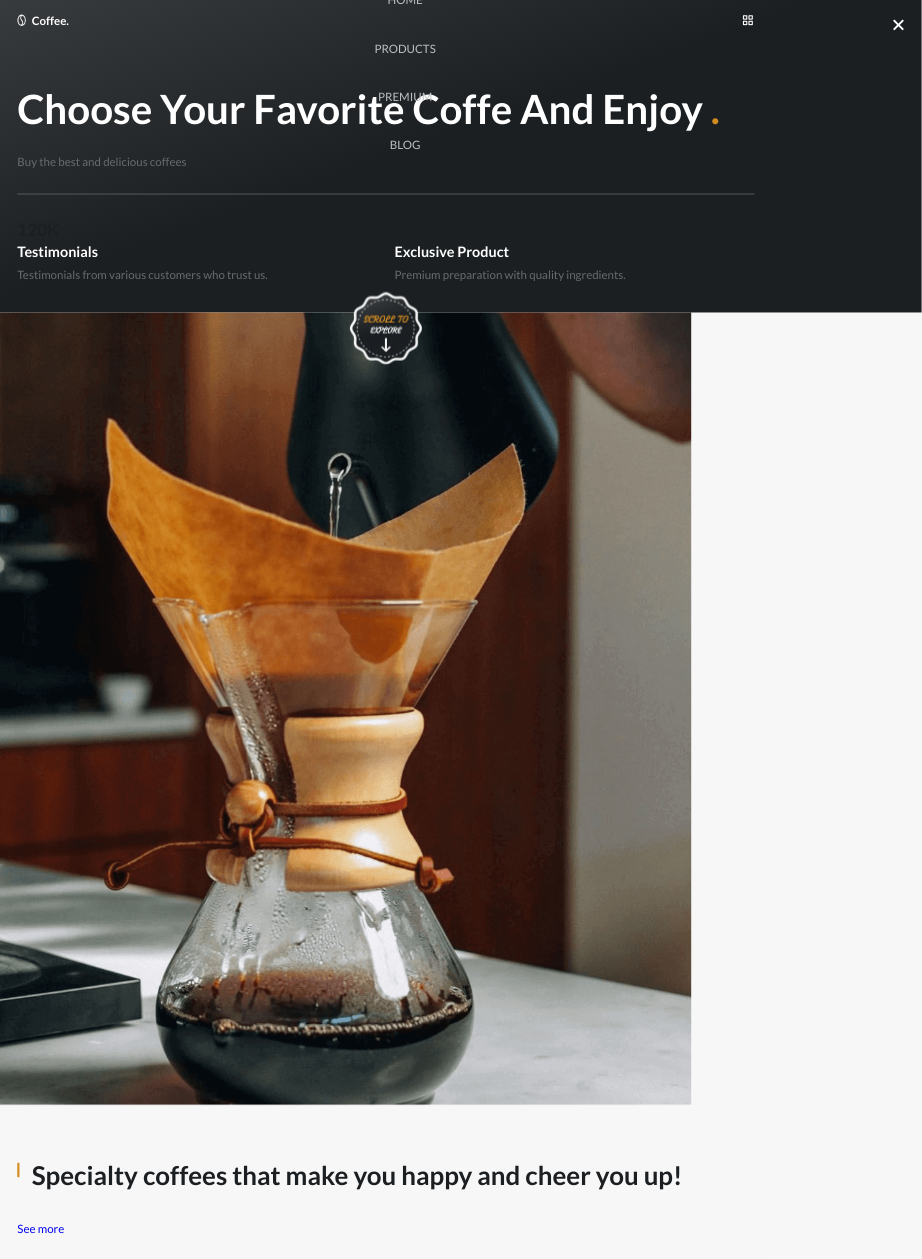
Repository: phong121020/coffee-responsive
Page: index.html
An editor plug-in stored every save of this project. The page is shown before and after the next save, followed by the edit.
The browser window is 1280 px wide. The pictures show the whole page, at 72% of full size.

Above is the page before, as saved 2022-03-06 18:47:44.

### index.html
<!DOCTYPE html>
<html lang="en">
  <head>
    <meta charset="UTF-8" />
    <meta http-equiv="X-UA-Compatible" content="IE=edge" />
    <meta name="viewport" content="width=device-width, initial-scale=1.0" />
    <!-- link -->
    <link rel="stylesheet" href="./assets/css/style.css" />
    <!-- favicon -->
    <link
      rel="shortcut icon"
      href="./assets/img/favicon.png"
      type="image/x-icon"
    />
    <title>Document</title>
    <!-- boxicon -->
    <link
      href="https://unpkg.com/boxicons@2.1.1/css/boxicons.min.css"
      rel="stylesheet"
    />
  </head>
  <body>
    <!-- HEADER -->
    <header class="header" id="header">
      <nav class="nav container">
        <a href="#" class="nav__logo">
          <img src="./assets/img/logo.png" alt="" class="nav__logo-img" />
          Coffee.
        </a>
        <div class="nav__menu" id="nav-menu">
          <ul class="nav__list">
            <li class="nav__item">
              <a href="#home" class="nav__link">Home</a>
            </li>
            <li class="nav__item">
              <a href="#products" class="nav__link">Products</a>
            </li>
            <li class="nav__item">
              <a href="#premium" class="nav__link">Premium</a>
            </li>
            <li class="nav__item">
              <a href="#blog" class="nav__link">Blog</a>
            </li>
          </ul>
          <div class="nav__close" id="nav-close">
            <i class="bx bx-x"></i>
          </div>
        </div>
        <!-- Toggle button -->
        <div class="nav__toggle" id="nav-toggle">
          <i class="bx bx-grid-alt"></i>
        </div>
      </nav>
    </header>
    <!-- MAIN -->
    <main>
      <!-- HOME -->
      <section class="home grid" id="home">
        <div class="home__container">
          <div class="home__content container">
            <h1 class="home__title">
              Choose Your Favorite Coffe And Enjoy <span>.</span>
            </h1>
            <p class="home__desc">Buy the best and delicious coffees</p>
            <div class="home__data">
              <div class="home__data-group">
                <h2 class="home__data-number">120K</h2>
                <h3 class="home__data-title">Testimonials</h3>
                <p class="home__data-desc">
                  Testimonials from various customers who trust us.
                </p>
              </div>
              <div class="home__data-group">
                <h2 class="home__data-number">340+</h2>
                <h3 class="home__data-title">Exclusive Product</h3>
                <p class="home__data-desc">
                  Premium preparation with quality ingredients.
                </p>
              </div>
            </div>
            <a href="#specialty">
              <img src="./assets/img/scroll.png" alt="" class="home__scroll" />
            </a>
          </div>
        </div>
        <img src="./assets/img/home.png" alt="" class="home__img" />
      </section>
      <!-- ESPECIALTY-->
      <div class="specialty section container">
        <div class="specialty__container">
          <h2 class="section__title">
            Specialty coffees that make you happy and cheer you up!
          </h2>
          <div>
            <a href="#" class="button specialty__button">See more</a>
          </div>
        </div>
      </div>
    </main>
    <!-- JS -->
    <script src="./assets/js/app.js"></script>
  </body>
</html>

### assets/css/style.css
/*=============== GOOGLE FONTS ===============*/
@import url("https://fonts.googleapis.com/css2?family=Lato:wght@400;700&display=swap");

/*=============== VARIABLES CSS ===============*/
:root {
  --header-height: 3.5rem;

  /*========== Colors ==========*/
  --first-color: hsl(36, 72%, 48%);
  --first-color-alt: hsl(36, 72%, 44%);
  --black-color: hsl(206, 12%, 12%);
  --card-color: hsl(0, 0%, 90%);
  --title-color: hsl(206, 12%, 12%);
  --text-color: hsl(206, 4%, 42%);
  --text-color-light: hsl(206, 4%, 75%);
  --body-color: hsl(206, 4%, 97%);
  --container-color: #fff;

  /*========== Font and typography ==========*/
  --body-font: "Lato", sans-serif;
  --biggest-font-size: 2.25rem;
  --h1-font-size: 1.5rem;
  --h2-font-size: 1.25rem;
  --h3-font-size: 1rem;
  --normal-font-size: 0.938rem;
  --small-font-size: 0.813rem;
  --smaller-font-size: 0.75rem;

  /*========== Font weight ==========*/
  --font-bold: 700;

  /*========== z index ==========*/
  --z-tooltip: 10;
  --z-fixed: 100;
}

@media screen and (min-width: 968px) {
  :root {
    --biggest-font-size: 3.5rem;
    --h1-font-size: 2.25rem;
    --h2-font-size: 1.5rem;
    --h3-font-size: 1.25rem;
    --normal-font-size: 1rem;
    --small-font-size: 0.875rem;
    --smaller-font-size: 0.813rem;
  }
}

/*=============== BASE ===============*/
* {
  box-sizing: border-box;
  padding: 0;
  margin: 0;
}

html {
  scroll-behavior: smooth;
}

body {
  font-family: var(--body-font);
  font-size: var(--normal-font-size);
  background-color: var(--body-color);
  color: var(--text-color);
}

h1,
h2,
h3 {
  color: var(--title-color);
  font-weight: var(--font-bold);
}

h1,
h2,
h3,
p {
  line-height: 140%;
}

ul {
  list-style: none;
}

a {
  text-decoration: none;
}

img {
  max-width: 100%;
  height: auto;
}

button {
  border: none;
  outline: none;
  cursor: pointer;
}

/*=============== REUSABLE CSS CLASSES ===============*/
.container {
  max-width: 1024px;
  margin-left: 1.5rem;
  margin-right: 1.5rem;
}

.grid {
  display: grid;
  gap: 1.5rem;
}

.section {
  padding: 4.5rem 0 2rem;
}

.section__title {
  position: relative;
  font-size: var(--h1-font-size);
  padding-left: 1.25rem;
  margin-bottom: 2.5rem;
}

.section__title::before {
  content: "";
  position: absolute;
  top: 8px;
  left: 0;
  width: 3px;
  height: 20px;
  background-color: var(--first-color);
}

/* HEADER & NAV */
.header {
  width: 100%;
  background-color: transparent;
  position: fixed;
  top: 0;
  left: 0;
  right: 0;
  z-index: var(--z-fixed);
}
.nav {
  height: var(--header-height);
  display: flex;
  justify-content: space-between;
  align-items: center;
}
.nav__logo,
.nav__toggle {
  color: #fff;
}
.nav__logo {
  display: flex;
  align-items: center;
  justify-content: center;
  column-gap: 0.5rem;
  font-weight: var(--font-bold);
}
.nav__logo-img {
  width: 0.75rem;
}
.nav__toggle {
  display: inline-flex;
  font-size: 1.15rem;
  cursor: pointer;
}

@media screen and (max-width: 767px) {
  .nav__menu {
    position: fixed;
    top: 0;
    right: -100%;
    background-color: var(--black-color);
    width: 100%;
    height: 100%;
    transition: 0.3s;
  }
  .nav__menu.is-show {
    right: 0;
  }
}
.nav__list {
  display: flex;
  flex-direction: column;
  text-align: center;
  row-gap: 3rem;
  padding-top: 9rem;
}
.nav__link {
  text-transform: uppercase;
  color: var(--text-color-light);
  transition: 0.3s;
}
.nav__link:hover {
  color: #fff;
}
.nav__close {
  font-size: 2rem;
  position: absolute;
  top: 1rem;
  right: 1rem;
  color: #fff;
  cursor: pointer;
}
/* HOME */
.home {
  gap: 0;
}
.home__container {
  padding: 7rem 0 2.5rem;
  background: linear-gradient(
    160deg,
    hsla(206, 4%, 24%, 1) -4%,
    hsla(206, 12%, 12%, 1) 46%
  );
}
.home__content {
  position: relative;
}
.home__title,
.home__data-title {
  color: #fff;
}
.home__title {
  font-size: var(--biggest-font-size);
  margin-bottom: 1.5rem;
}
.home__title span {
  color: var(--first-color);
}
.home__desc {
  margin-bottom: 2rem;
}
.home__data {
  border-top: 1px solid var(--text-color);
  padding-top: 2rem;
  display: grid;
  grid-template-columns: repeat(2, 1fr);
  column-gap: 1.5rem;
}
.home__data-title {
  font-size: var(--h3-font-size);
  margin-bottom: 0.5rem;
}
.home__scroll {
  position: absolute;
  width: 100px;
  bottom: -7rem;
  left: 0;
  right: 0;
  margin: 0 auto;
  animation: scroll 3s infinite;
}
/* SCROLL IMAGE ANIMATE */
@keyframes scroll {
  0% {
    transform: translateY(0);
  }
  50% {
    transform: translateY(-0.5rem);
  }
  100% {
    transform: translateY(0);
  }
}
/* CHANGE BACKGROUND HEADER */
.scroll-header {
  background-color: var(--body-color);
  box-shadow: 0 1px 4px hsla(0, 4%, 15%, 0.1);
}
.scroll-header .nav__logo,
.scroll-header .nav__toggle {
  color: var(--title-color);
}
.scroll-header .nav__logo-img {
  mix-blend-mode: difference;
}

### assets/js/app.js
// SHOW MENU
const navToggle = document.querySelector(".nav__toggle");
const navMenu = document.querySelector(".nav__menu");
const navClose = document.querySelector(".nav__close");
const navItem = document.querySelectorAll(".nav__item");
// MENU SHOW
if (navToggle) {
  navToggle.addEventListener("click", function () {
    navMenu.classList.add("is-show");
  });
}
//  MENU HIDDEN
if (navClose) {
  navClose.addEventListener("click", function () {
    navMenu.classList.remove("is-show");
  });
}
// REMOVE MENU MOBILE
[...navItem].forEach((item) =>
  item.addEventListener("click", function () {
    navMenu.classList.remove("is-show");
  })
);
//CHANGE BACKGROUND HEADER
function scrollHeader() {
  const header = document.getElementById("header");
  // When the scroll is greater than 50 viewport height, add the scroll-header class to the header tag
  if (this.scrollY >= 50) {
    header.classList.add("scroll-header");
    // console.log(this);
  } else header.classList.remove("scroll-header");
}
window.addEventListener("scroll", scrollHeader);

After the next save:
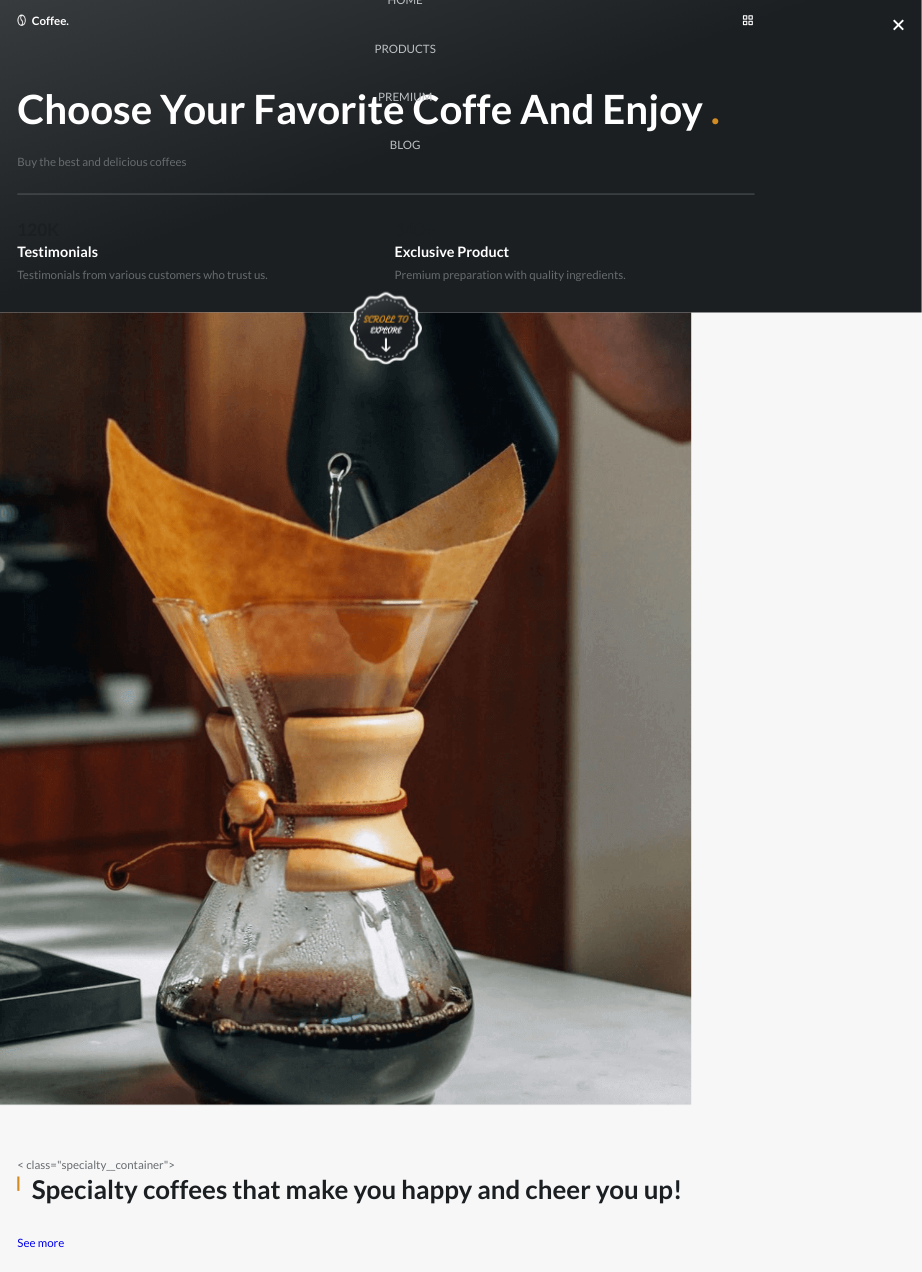
Saved 16 s later.
--- a/index.html
+++ b/index.html
@@ -87,13 +87,13 @@
       </section>
       <!-- ESPECIALTY-->
       <div class="specialty section container">
-        <div class="specialty__container">
+        < class="specialty__container">
           <h2 class="section__title">
             Specialty coffees that make you happy and cheer you up!
           </h2>
-          <div>
+
             <a href="#" class="button specialty__button">See more</a>
-          </div>
+
         </div>
       </div>
     </main>

After the 3 saves that followed:
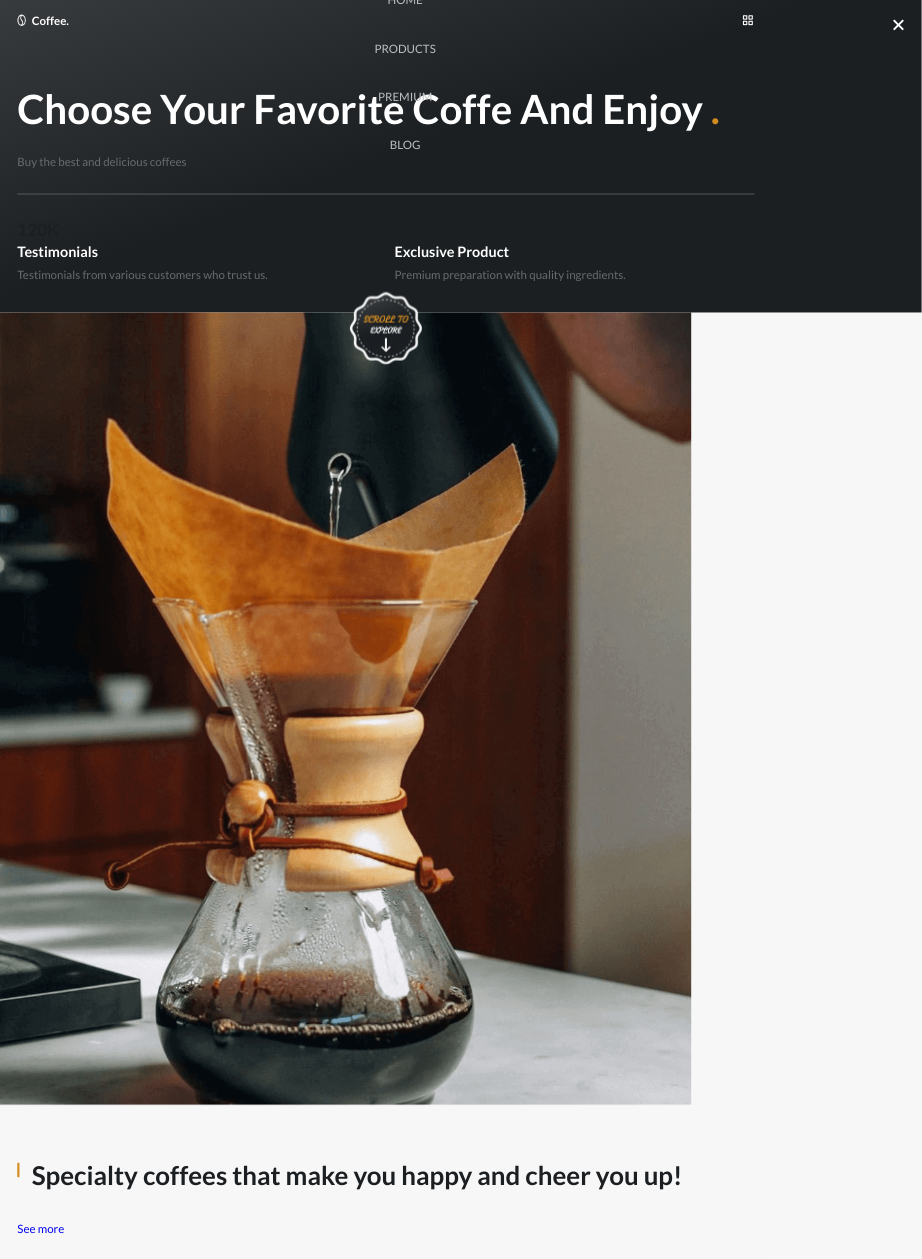
The 3 saves are shown as one change because 2 left the picture as it was.
The last was saved 54 s later.
--- a/index.html
+++ b/index.html
@@ -87,13 +87,13 @@
       </section>
       <!-- ESPECIALTY-->
       <div class="specialty section container">
-        < class="specialty__container">
+        <div class="specialty__container">
           <h2 class="section__title">
             Specialty coffees that make you happy and cheer you up!
           </h2>
-
+          <div>
             <a href="#" class="button specialty__button">See more</a>
-
+          </div>
         </div>
       </div>
     </main>
